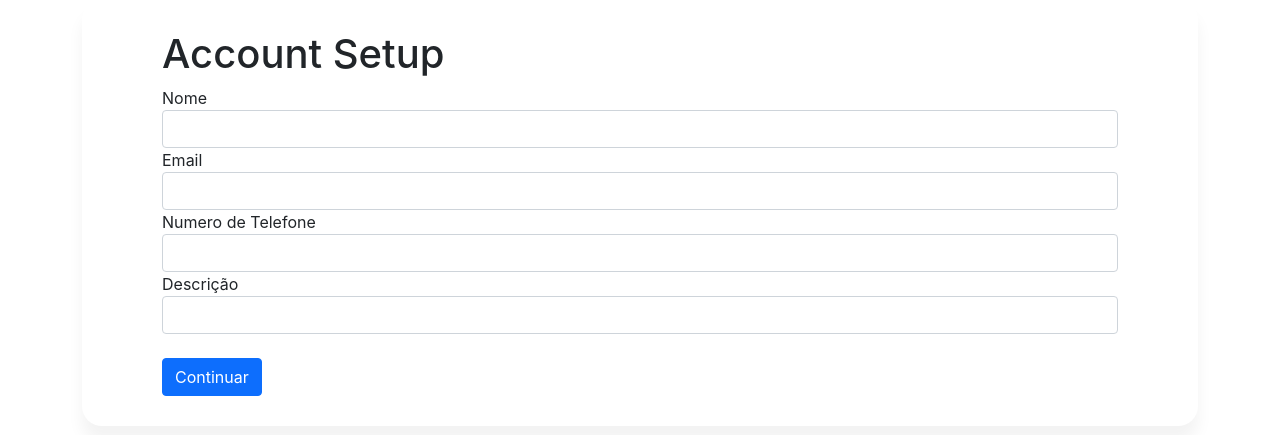
Repository: DeanLemosXD/ReactJS-3steps-form
Page: /
These files come from the project's save history. The page is drawn as it stood at one moment and after the next save; the edit follows.
The browser window is 1280 px wide. The pictures show the whole page.
The project was rebuilt for these pictures with package versions that can differ from the ones it lists, and the page was loaded fresh each time. Imported but missing from the stored project, and not drawn on this page: src/components/Confirm, src/components/OtherData.

Above is the page before, as saved 2021-10-26 16:59:25.

After the next save:
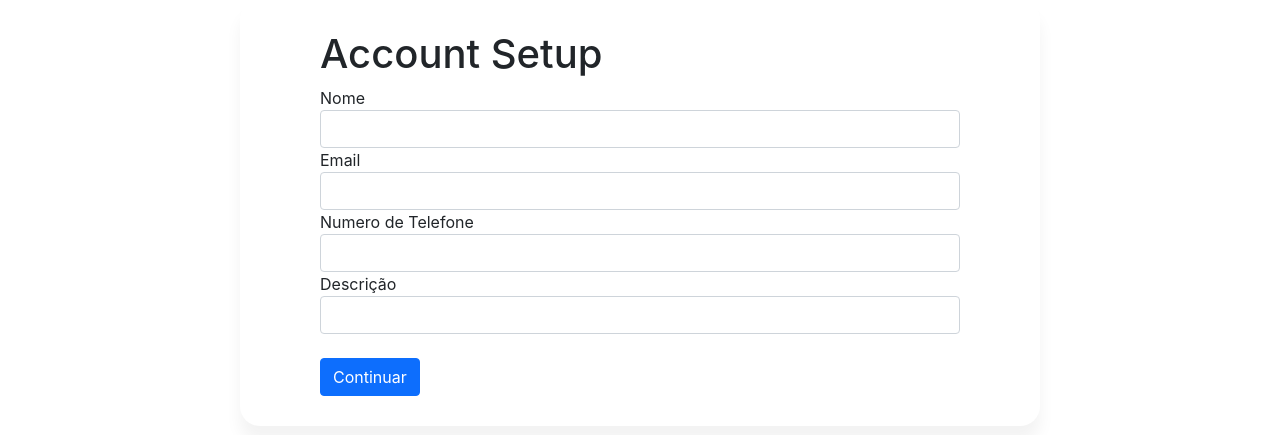
Saved 37 s later.
--- a/src/App.css
+++ b/src/App.css
@@ -1,5 +1,9 @@
 .app {
-
+  display: flex;
+  justify-content: center;
+  align-items: center;
+  flex-direction: colum;
+  height: 100vh;
   background: #12c2e9;
   background: -webkit-linear-gradient(to right, #f64f59, #c471ed, #12c2e9);
   background: linear-gradient(to right, #f64f59, #c471ed, #12c2e9);
@@ -12,7 +16,7 @@
   background: #fff;
   border-radius: 20px;
   padding: 30px 80px;
-  max-widht: 800px;
+  max-width: 800px;
   margin: 0 auto;
   box-shadow: 0 15px 16px .17px rgba(0,0,0,0.05);
 }
